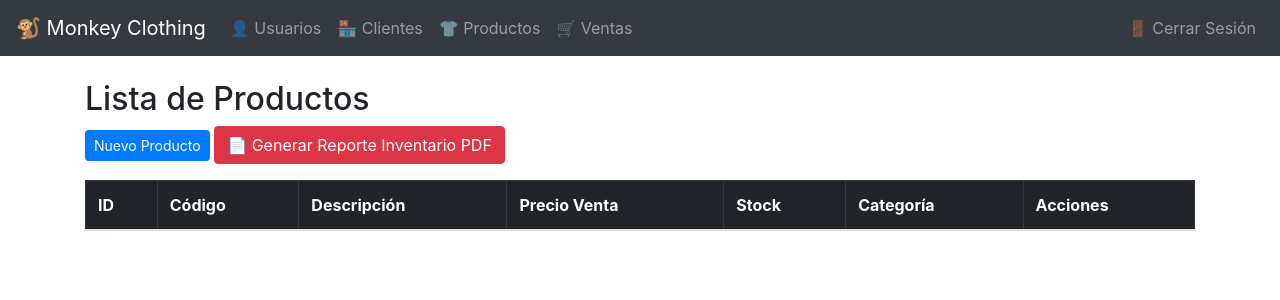
Repository: ZjhonzGz/MonkeyClothing
Page: http://localhost/producto/lista
An editor plug-in stored every save of this project. The page is shown before and after the next save, followed by the edit.
The browser window is 1280 px wide. The pictures show the whole page.
Some web libraries are served in a nearby version. The page is this project's Thymeleaf template; nobody is signed in. The template is opened directly, without the code that normally fills it, so the values that code supplies are empty.

Above is the page before, as saved 2026-02-22 08:37:30.

After the next save:
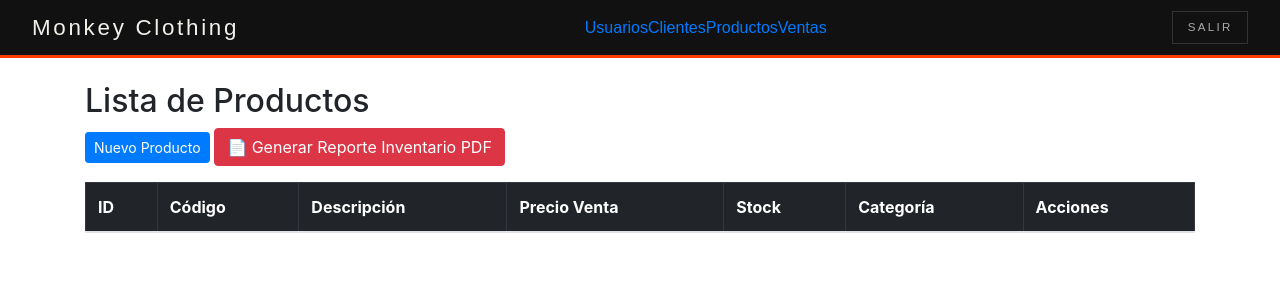
Saved 2 min 10 s later.
--- a/Monkey Clothing/monkeyclothing/src/main/resources/templates/componentes/navbar.html
+++ b/Monkey Clothing/monkeyclothing/src/main/resources/templates/componentes/navbar.html
@@ -1,34 +1,76 @@
 <!DOCTYPE html>
 <html xmlns:th="http://www.thymeleaf.org">
 <body>
-<nav th:fragment="navbar" class="navbar navbar-expand-md bg-dark navbar-dark">
-    <a class="navbar-brand" href="#">🐒 Monkey Clothing</a>
-    <button class="navbar-toggler" type="button"
-            data-toggle="collapse" data-target="#navbarMenu">
-        <span class="navbar-toggler-icon"></span>
-    </button>
-    <div class="collapse navbar-collapse" id="navbarMenu">
-        <ul class="navbar-nav">
-            <li class="nav-item">
-                <a class="nav-link" th:href="@{/usuario}">👤 Usuarios</a>
-            </li>
-            <li class="nav-item">
-                <a class="nav-link" th:href="@{/cliente}">🏪 Clientes</a>
-            </li>
-            <li class="nav-item">
-                <a class="nav-link" th:href="@{/productos}">👕 Productos</a>
-            </li>
-            <li class="nav-item">
-                <a class="nav-link" th:href="@{/venta}">🛒 Ventas</a>
-            </li>
-        </ul>
-        <ul class="navbar-nav ml-auto">
-            <li class="nav-item">
-                <a class="nav-link" th:href="@{/}">🚪 Cerrar Sesión</a>
-            </li>
-        </ul>
+
+<nav th:fragment="navbar" style="
+    background: #111;
+    font-family: 'DM Sans', sans-serif;
+    border-bottom: 3px solid #ff3b00;
+    padding: 0 2rem;
+    display: flex;
+    align-items: center;
+    justify-content: space-between;
+    height: 58px;
+    position: sticky;
+    top: 0;
+    z-index: 999;
+">
+
+    <!-- Marca -->
+    <a th:href="@{/}" style="
+        font-family: 'Bebas Neue', sans-serif;
+        font-size: 1.4rem;
+        letter-spacing: .12em;
+        color: #f2f0eb;
+        text-decoration: none;
+    ">Monkey Clothing</a>
+
+    <!-- Links centro -->
+    <div style="display: flex; gap: 0; align-items: center; height: 100%;">
+        <a th:href="@{/usuario}"   class="nav-link-mc">Usuarios</a>
+        <a th:href="@{/cliente}"   class="nav-link-mc">Clientes</a>
+        <a th:href="@{/productos}" class="nav-link-mc">Productos</a>
+        <a th:href="@{/venta}"     class="nav-link-mc">Ventas</a>
     </div>
+
+    <!-- Cerrar sesión -->
+    <a th:href="@{/}" style="
+        font-size: .72rem;
+        letter-spacing: .2em;
+        text-transform: uppercase;
+        color: #aaa;
+        text-decoration: none;
+        transition: color .2s;
+        padding: .4rem .9rem;
+        border: 1px solid #333;
+    "
+    onmouseover="this.style.color='#ff3b00'; this.style.borderColor='#ff3b00'"
+    onmouseout="this.style.color='#aaa'; this.style.borderColor='#333'"
+    >Salir</a>
+
 </nav>
+
+<link href="https://fonts.googleapis.com/css2?family=Bebas+Neue&family=DM+Sans:wght@300;400;500&display=swap" rel="stylesheet"/>
+<style>
+    .nav-link-mc {
+        display: inline-flex;
+        align-items: center;
+        height: 58px;
+        padding: 0 1.2rem;
+        font-size: .72rem;
+        letter-spacing: .2em;
+        text-transform: uppercase;
+        color: #aaa;
+        text-decoration: none;
+        border-bottom: 3px solid transparent;
+        margin-bottom: -3px;
+        transition: color .2s, border-color .2s;
+    }
+    .nav-link-mc:hover {
+        color: #f2f0eb;
+        border-bottom-color: #ff3b00;
+    }
+</style>
 
 <script src="https://code.jquery.com/jquery-3.2.1.slim.min.js"></script>
 <script src="https://cdnjs.cloudflare.com/ajax/libs/popper.js/1.12.9/umd/popper.min.js"></script>
